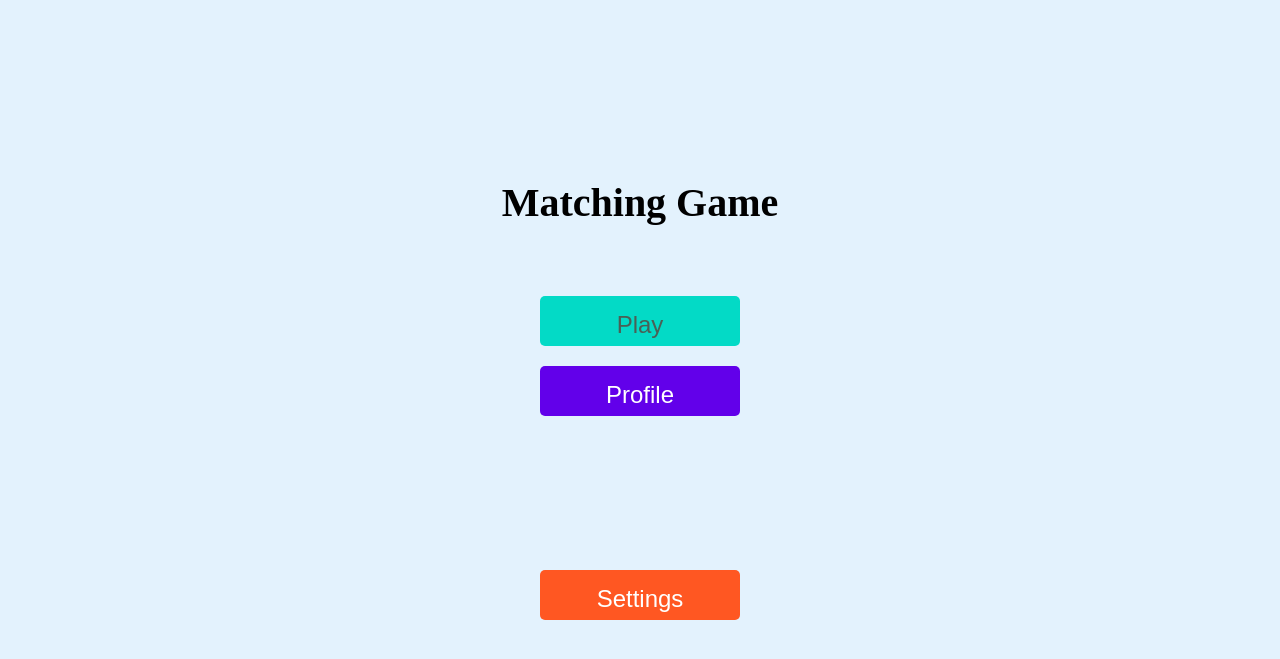
Repository: parnelltse/frontend2-courseproject
Page: /home
The author's editor kept a copy of each file at every save. The page is drawn from the files as they stood at one save, then again after the next save.
The browser window is 1280 px wide. The pictures show the whole page.
The project was rebuilt for these pictures with package versions that can differ from the ones it lists, and the page was loaded fresh each time. Also part of the build but not shown: vite.config.js, src/pages/landing.jsx, src/components/BackButton.jsx, src/pages/gameoptions.jsx, src/pages/appsettings.jsx, src/pages/profilesettings.jsx, src/pages/gamehistory.jsx, src/pages/singleplayer.jsx and 5 more.

Above is the page before, as saved 2024-11-16 00:32:58.

### src/App.jsx
import React, { useState } from 'react';
import { BrowserRouter as Router, Routes, Route } from 'react-router-dom';
import { Landing } from './pages/landing';
import Home from './pages/home';
import Gameoptions from './pages/gameoptions';
import AppSettings from './pages/appsettings';
import ProfileSettings from './pages/profilesettings';
import GameHistory from './pages/gamehistory'; // Import GameHistory
import SinglePlayer from './pages/singleplayer';
import MultiPlayer from './pages/multiplayer';
import ResumeGame from './pages/resumegame';
import SingleGame from './pages/singlegame';
import MultiGame from './pages/multigame';

function App() {
  const [scores, setScores] = useState([
    { date: '2024-10-19', score: 85, gameMode: 'Single Player' },
    { date: '2024-10-18', score: 90, gameMode: 'Multiplayer' },
    { date: '2024-10-17', score: 75, gameMode: 'Single Player' },
  ]);

  return (
    <Router>
      <Routes>
        <Route path="/" element={<Landing />} />
        <Route path="/home" element={<Home />} />
        <Route path="/gameoptions" element={<Gameoptions />} />
        <Route path="/appsettings" element={<AppSettings />} />
        <Route path="/profilesettings" element={<ProfileSettings />} />
        <Route path="/gamehistory" element={<GameHistory scores={scores} />} /> {/* Pass scores as prop */}
        <Route path="/singleplayer" element={<SinglePlayer />} />
        <Route path="/multiplayer" element={<MultiPlayer />} />
        <Route path="/resumegame" element={<ResumeGame />} />
        <Route path="/singlegame" element={<SingleGame />} />
        <Route path="/multigame" element={<MultiGame />} />
      </Routes>
    </Router>
  );
}

export default App;

### src/pages/home.jsx
import { useNavigate } from "react-router-dom";
import "../App.css"; // Make sure to import your CSS file

export default function Home() {
	const navigate = useNavigate();

	return (
		<div className="container">
			<header>
				<h1 className="title">Matching Game</h1>
			</header>

			<div className="home-board">
				<button
					className="play-button"
					onClick={() => navigate("/gameoptions")}
				>
					Play
				</button>
				<div className="button-container">
					<button
						className="profile-button"
						onClick={() => navigate("/profilesettings")}
					>
						Profile
					</button>
					<button
						className="settings-button"
						onClick={() => navigate("/appsettings")}
					>
						Settings
					</button>
				</div>
			</div>
		</div>
	);
}

### src/App.css
/* General Reset */
* {
	margin: 0;
	padding: 0;
	box-sizing: border-box;
  }

  /* Home page */
  .container {
	display: flex;
	flex-direction: column;
	align-items: center;
	justify-content: center;
	min-height: 100vh;
	background-color: #e3f2fd;
	padding: 20px;
	padding-top: 15vh;
  }

  header {
	text-align: center;
	margin-bottom: 40px;
  }

  button {
	background-color: #1e88e5;
	color: white;
	border: none;
	border-radius: 5px;
	padding: 10px;
	cursor: pointer;
	transition: background-color 0.3s;
	width: 200px;
	height: 50px;
	margin: 10px;
  }

  button:hover {
	background-color: #1565c0;
  }

  .button-container {
	display: flex;
	flex-direction: column;
	align-items: center;
  }

  .title {
	font-size: 2.5rem;
	text-align: center;
	margin-bottom: 20px;
  }

  .profile-button, .play-button, .settings-button {
	border-radius: 5px;
	padding: 15px 25px;
	font-size: 1.5rem;
	cursor: pointer;
	transition: background-color 0.3s;
  }

  .profile-button {
	background-color: #6200ea;
	color: white;
	margin-bottom: 20vh;
  }

  .profile-button:hover {
	background-color: #3700b3;
  }

  .play-button {
	background-color: #03dac6;
	color: rgb(74, 96, 86);
  }

  .play-button:hover {
	background-color: #018786;
	color: white;
  }

  .settings-button {
	background-color: #ff5722;
	color: white;
  }

  .settings-button:hover {
	background-color: #c41c00;
  }

  /* Profile Settings Page */
  .profile-settings-container {
	display: flex;
	flex-direction: column;
	align-items: center;
	justify-content: center;
	min-height: 100vh;
	background-color: #f9f9f9;
	padding: 20px;
	position: relative; /* Add relative positioning */
  }

  .profile-settings-title {
	font-size: 2.5rem;
	margin-bottom: 20px;
  }

  .submitted-username {
	font-size: 1.5rem;
	color: #6200ea;
	margin-bottom: 20px;
  }

  .profile-settings-form {
	display: flex;
	flex-direction: column;
	align-items: center;
	width: 100%;
	max-width: 400px;
  }

  .username-input, .save-button, .scores-button {
	padding: 10px 20px;
	font-size: 1rem;
	border: 1px solid #ccc;
	border-radius: 4px;
	margin-bottom: 10px;
	width: 100%;
	max-width: 300px;
  }

  .save-button {
	background-color: #6200ea;
	color: white;
  }

  .save-button:hover {
	background-color: #3700b3;
  }

  .scores-button {
	background-color: #03dac6;
	color: white;
  }

  .scores-button:hover {
	background-color: #018786;
  }

  /* Back Button (aligned to left) */
  .back-button {
	position: absolute; /* Use absolute positioning to place it on the left */
	left: 20px;
	top: 20px;
  }

  /* Game Options */
  .game-options-container {
	display: flex;
	flex-direction: column;
	align-items: center;
	justify-content: center;
	min-height: 100vh;
	background-color: #f0f4f8;
	padding: 20px;
  }

  .game-options-title {
	font-size: 2.5rem;
	margin-bottom: 40px;
  }

  .game-options-buttons {
	display: flex;
	flex-direction: column;
	gap: 15px;
  }

  .game-option-button {
	padding: 15px 30px;
	font-size: 1.2rem;
	background-color: #6200ea;
	color: white;
	border: none;
	border-radius: 5px;
	cursor: pointer;
	transition: background-color 0.3s;
	width: 100%;
	max-width: 300px;
  }

  .game-option-button:hover {
	background-color: #3700b3;
  }

  /* Game History Page */
  .history-container {
	padding: 20px;
	background-color: #f4f4f9;
	border-radius: 8px;
	max-width: 800px;
	margin: 0 auto;
  }

  .history-title {
	font-size: 2rem;
	color: #333;
	text-align: center;
	margin-bottom: 10px;
  }

  .history-description {
	font-size: 1.1rem;
	color: #666;
	text-align: center;
	margin-bottom: 20px;
  }

  .score-table {
	width: 100%;
	margin-top: 20px;
  }

  table {
	width: 100%;
	border-collapse: collapse;
	background-color: #fff;
	border-radius: 8px;
  }

  th, td {
	padding: 10px;
	text-align: left;
  }

  th {
	background-color: #2c3e50;
	color: #fff;
	font-weight: bold;
  }

  td {
	border-bottom: 1px solid #ddd;
	color: #555;
  }

  td:last-child {
	text-transform: capitalize;
  }

  tr:hover {
	background-color: #f9f9f9;
  }

  tr:last-child td {
	border-bottom: none;
  }

  .back-button {
	display: block;
	margin: 20px auto;
  }

.profile-settings-container {
	display: flex;
	flex-direction: column;
	align-items: center;
	justify-content: center;
	padding: 0 10px;
	background-color: #f9f9f9;
	height: 100vh;
	overflow: hidden;
	gap: 1vh;
	box-sizing: border-box;
  }

  /* Back Button */
  .back-arrow-button {
	align-self: flex-start;
	margin-bottom: 1vh; /* Adjust spacing to fit */
	background-color: #ff7043;
	color: white;
	border: none;
	padding: 8px 15px;
	cursor: pointer;
  }

  .back-arrow-button:hover {
	background-color: #d84315;
  }

  /* Title */
  .profile-settings-title {
	font-size: 1.8rem;
	margin-bottom: 1vh;
  }


  .profile-info {
	display: flex;
	flex-direction: column;
	align-items: center;
	gap: 1vh; /* Minimal gap between elements */
  }

  .profile-avatar img {
	display: block;
	margin: 0 auto;
  }

  .profile-avatar input {
	margin-top: 1vh;
  }


  .username-input {
	padding: 6px;
	width: 240px;
	border: 1px solid #ccc;
  }

  .save-button {
	padding: 6px 12px;
	background-color: #42a5f5;
	color: white;
	border: none;
	cursor: pointer;
  }

  .navigation-buttons {
	display: flex;
	flex-direction: column;
	gap: 1vh;
	margin-top: 1vh;
  }

  .scores-button {
	padding: 6px 12px;
	background-color: #29b6f6;
	color: white;
	border: none;
	cursor: pointer;
  }


  .logout-button {
	padding: 6px 12px;
	background-color: #ef5350;
	color: white;
	border: none;
	cursor: pointer;
  }

  .scores-button:hover {
	background-color: #039be5;
  }
  .save-button:hover {
	background-color: #1e88e5;
  }
  .back-arrow-button:hover {
	background-color: #d84315;
  }
  .logout-button:hover {
	background-color: #d32f2f;
  }

Loaded but not shown: index.html (common file); src/main.jsx (common file)

After the next save:
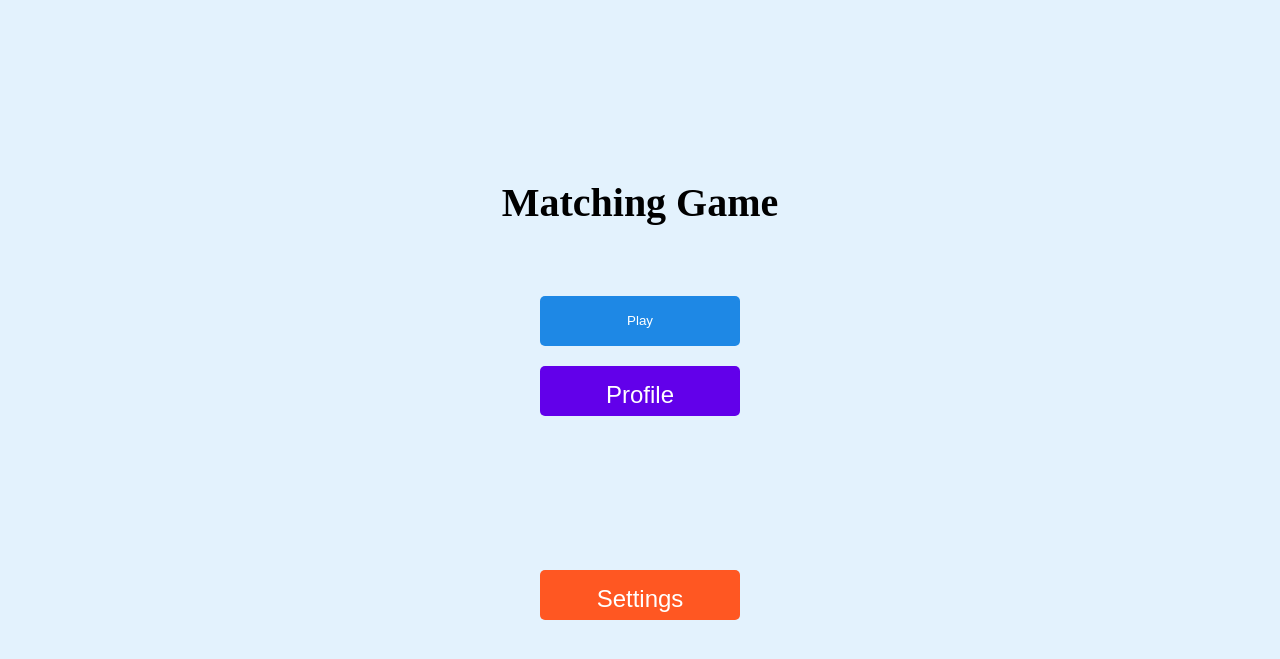
Saved 51 s later.
--- a/src/pages/home.jsx
+++ b/src/pages/home.jsx
@@ -12,7 +12,7 @@ export default function Home() {
 
 			<div className="home-board">
 				<button
-					className="play-button"
+					className="play-btn"
 					onClick={() => navigate("/gameoptions")}
 				>
 					Play
